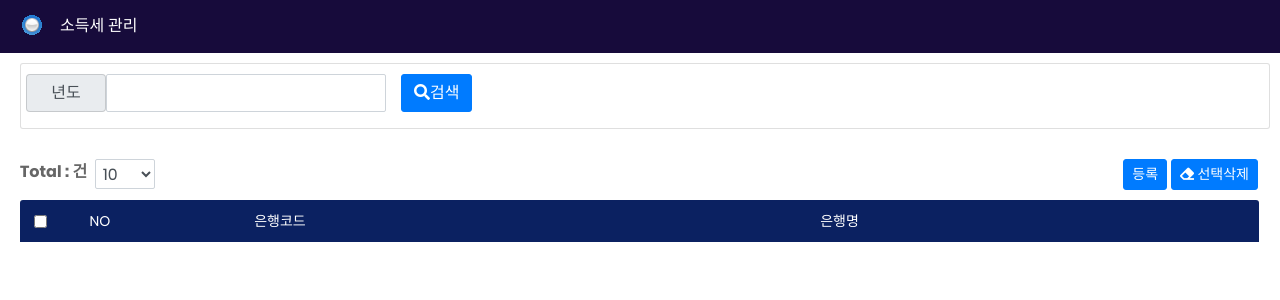
Repository: kimnamgu/GangNamGu
Page: http://localhost/manpower/WEB-INF/jsp/manage/income.jsp
These files come from the project's save history. The page is drawn as it stood at one moment and after the next save; the edit follows.
The browser window is 1280 px wide. The pictures show the whole page.
The page is served by Tomcat 9. Nobody is signed in. Other server files are loaded and not shown. The template is opened directly, without the code that normally fills it, so the values that code supplies are empty.

Above is the page before, as saved 2020-11-04 04:07:40.
Console error: TypeError: Cannot read properties of undefined (reading 'replace')

### manpower/src/main/webapp/WEB-INF/jsp/manage/income.jsp
<%@ page language="java" contentType="text/html; charset=UTF-8"	pageEncoding="UTF-8"%>
<html>
<head>
<%@ include file="/WEB-INF/include/include-header.jspf"%>


<script type="text/javascript">
	var user_right = "${sessionScope.userinfo.userright}";

	$(document).ready(function() {

		//from
		$("#FROM_DATE").datepicker({

			dateFormat: 'yy-mm-dd',
			monthNamesShort: ['1월','2월','3월','4월','5월','6월','7월','8월','9월','10월','11월','12월'],
		    dayNamesMin: ['일','월','화','수','목','금','토'],
			changeMonth: true, //월변경가능
		    changeYear: true, //년변경가능
			showMonthAfterYear: true //년 뒤에 월 표시
		});

		//to
		$("#TO_DATE").datepicker({

			dateFormat: 'yy-mm-dd',
			monthNamesShort: ['1월','2월','3월','4월','5월','6월','7월','8월','9월','10월','11월','12월'],
		    dayNamesMin: ['일','월','화','수','목','금','토'],
			changeMonth: true, //월변경가능
		    changeYear: true, //년변경가능
			showMonthAfterYear: true //년 뒤에 월 표시
		});

		//검색초기화
		fn_initial_setting();

		fn_selectDomesticContactList(1);

		$("#NAME").keydown(function (key) {

			if(key.keyCode == 13){//키가 13이면 실행 (엔터는 13)
				$("#PAGE_INDEX").val("1");
				fn_selectDomesticContactList(1);
			}
		});

		$("#search").on("click", function(e){ //검색 버튼
			e.preventDefault();
			fn_selectDomesticContactList(1);
		});

		$("#DISP_CNT").change(function(){
			$("#RECORD_COUNT").val($("#DISP_CNT option:selected").val());
			fn_selectDomesticContactList(1);
		});

		$("#initial").on("click", function(e){ //초기화 버튼
			e.preventDefault();
			$("#form1").each(function() {
				fn_initial_setting();
		    });
		});

		//전체 선택시
		$('input[name=_selected_all_]').on('change', function(){
			$('input[name=_selected_]').prop('checked', this.checked);
		});


		$("#delete").on("click", function(e){ //초기화 버튼
			e.preventDefault();
			delChkRow();
		});


	});

	function fromDate_icon(){
		//from
		$("#FROM_DATE").focus();

	}

	function toDate_icon(){
		//to
		$("#TO_DATE").focus();
	}


	//선택 로우 삭제
    function delChkRow() {

    	var arr = $('input[name=_selected_]:checked').serializeArray().map(function(item) { return item.value });

		var checkedValue = [];
		$('input[name=_selected_]:checked').each(function(index, item){
			checkedValue.push($(item).val());
		});


		if (arr.length ==0 ) {
			alert("선택된 로우가 없습니다.");
			return false;
		}

		if (confirm("선택 항목을 삭제 하시겠습니까?")) {

			//견적서 파일 삭제

			$.ajax({
		        type: "post",
		        url : "/corona/manage/deleteDomesticChk.do",
		        data: {
		        	val:checkedValue
		        },
		        contentType : "application/x-www-form-urlencoded; charset=utf-8",

		        success:function (data) {//추천성공
		        	alert("삭제가 완료되었습니다.");
		        	fn_selectDomesticContactList(1);
	            },

		        error: function (data) {//추천실패
		        	alert("삭제가 실패 하였습니다.관리자에게 문의 바랍니다.");
	            }
	     	});

		}
	}

	//수정화면가기
	function fn_updateDomestic(UID) {
		var comSubmit = new ComSubmit();

		comSubmit.setUrl("<c:url value='/write/updateDomesticView.do' />");
		comSubmit.addParam("ID", UID);
		comSubmit.submit();
	}


	//검색초기화
	function fn_initial_setting(){
		//From의 초기값을 오늘 날짜로 설정
	    $('#FROM_DATE').datepicker('setDate', '-1M'); //(-1D:하루전, -1M:한달전, -1Y:일년전), (+1D:하루후, -1M:한달후, -1Y:일년후)
	    //To의 초기값을 내일로 설정
	    $('#TO_DATE').datepicker('setDate', 'today'); //(-1D:하루전, -1M:한달전, -1Y:일년전), (+1D:하루후, -1M:한달후, -1Y:일년후)

	    $("#RECORD_COUNT").val($("#DISP_CNT option:selected").val());
		$("#PAGE_INDEX").val("1");

		$("#NAME").val("");
	}


	function fn_selectDomesticContactList(pageNo){
		var comAjax = new ComAjax();
		comAjax.setUrl("<c:url value='/manage/selectDomesticContactList.do' />");
		comAjax.addParam("PAGE_INDEX",pageNo);
		comAjax.addParam("PAGE_ROW", $("#RECORD_COUNT").val());
		comAjax.addParam("name", $("#NAME").val());

		comAjax.addParam("from_date", $("#FROM_DATE").val().replace(/-/gi, ""));
		comAjax.addParam("to_date", $("#TO_DATE").val().replace(/-/gi, ""));
		comAjax.setCallback("fn_selectDomesticContactListCallback");

		comAjax.ajax();
	}


	function fn_selectDomesticContactListCallback(data){
		var total = data.total;
		var body = $("#mytable");
		var recordcnt = $("#RECORD_COUNT").val();


		$("#tcnt").text(comma(total));

		body.empty();
		if(total == 0){
			var str = "<tr>" +
				  "<td colspan='32' style='text-align:center;'>조회된 결과가 없습니다.</td>" +
				  "</tr>";
			body.append(str);
		}
		else{
			var params = {
				divId : "PAGE_NAVI",
				pageIndex : "PAGE_INDEX",
				totalCount : total,
				recordCount : recordcnt,
				eventName : "fn_selectDomesticContactList"
			};
			gfn_renderPaging(params);

			var str = "";
			var t_str = "";
			var tr_class = "";
			var jsonData = null;
			var jsonStr = null;

			$.each(data.list, function(key, value){
				       t_str = "";

				       if ((value.RNUM % 2) == 0 )
							tr_class = "tr1";
					   else
							tr_class = "tr2";


				       str += "<tr class='" + tr_class + "'>" +
				       			   "<td><input type='checkbox' name='_selected_' value='"+value.ID+"'></td>" +
								   "<td align='center' style='color:#444444;'>" + value.RNUM + "</td>" +
								   "<td width=90 align='center' style='color:#444444;word-break:break-all;'><span class='status--denied'>" + formatDate(NvlStr(value.WRITE_DATE), ".") + "</span></td>" +
								   "<td align='center' style='color:#444444;'>" + hp_format(NvlStr(value.CELL_NUM)) + "</td>" +
								   "<td align='center' style='color:blue;'>" +
								   "	<a href='javascript:void(0);' onclick='fn_updateDomestic("+ value.ID +")' name='NAME'>" + NvlStr(value.NAME) + "</a>"+
								   "</td>" +
								   "<td align='center' style='color:#444444;'>" + NvlStr(value.SEX) + "</td>" +
								   "<td align='center' style='color:#444444;'>" + NvlStr(value.BIRTH) + "</td>" +
								   "<td align='center' style='color:#444444;'>" + NvlStr(value.JOB) + "</td>" +
								   "<td align='center' style='color:#444444;'>" + NvlStr(value.SELF_ISO_AREA_DONG) + "</td>" +
								   "<td align='center' style='color:#444444;'>" + NvlStr(value.SELF_ISO_AREA_ADDRESS) + "</td>" +
								   "<td align='center' style='color:#444444;'>" + NvlStr(value.SELF_ISO_AREA_ADDRESS_DTL) + "</td>" +
								   "<td align='center' style='color:#444444;'>" + NvlStr(value.PATIENT_NUM) + "</td>" +
								   "<td align='center' style='color:#444444;'>" + NvlStr(value.PATIENT_NAME) + "</td>" +
								   "<td align='center' style='color:#444444;'>" + NvlStr(value.CONTACT_NUM) + "</td>" +
								   "<td align='center' style='color:#444444;'>" + NvlStr(value.CONTACT_NAME) + "</td>" +
								   "<td align='center' style='color:#444444;'>" + NvlStr(value.FINAL_CONTACT) + "</td>" +
								   "<td align='center' style='color:#444444;'>" + NvlStr(value.MONITOR_START) + "</td>" +
								   "<td align='center' style='color:#444444;'>" + NvlStr(value.MONITOR_END) + "</td>" +
								   "<td align='center' style='color:#444444;'>" + NvlStr(value.CONTACT_ADDRESS) + "</td>" +
								   "<td align='center' style='color:#444444;'>" + NvlStr(value.CONTACT_TYPE) + "</td>" +
								   "<td align='center' style='color:#444444;'>" + NvlStr(value.CONTACT_GUBUN) + "</td>" +
								   "<td align='center' style='color:#444444;'>" + NvlStr(value.PATIENT_YN) + "</td>" +
								   "<td align='center' style='color:#444444;'>" + NvlStr(value.BALGUB_YN) + "</td>" +
								   "<td align='center' style='color:#444444;'>" + NvlStr(value.DAMDANG_DEPART) + "</td>" +
								   "<td align='center' style='color:#444444;'>" + NvlStr(value.DAMDANG_CLASS) + "</td>" +
								   "<td align='center' style='color:#444444;'>" + NvlStr(value.DAMDANG_POSITION) + "</td>" +
								   "<td align='center' style='color:#444444;'>" + NvlStr(value.DAMDANG_NAME) + "</td>" +
								   "<td align='center' style='color:#444444;'>" + NvlStr(value.DAMDANG_CALL) + "</td>" +
							   "</tr>";

			});
			body.append(str);
		}
	}


	//엑셀 업로드
	function check() {
		var file = $("#excelFile").val();

		if (file == "" || file == null) {
			alert("파일을 선택해주세요.");
			return false;
		} else if (!checkFileType(file)) {
			alert("엑셀 파일만 업로드 가능합니다.");
			return false;
		}

		if (confirm("업로드시 병합된 셀이 있으면 해제해 주셔야 합니다.\n업로드 하시겠습니까?")) {

			var options = {
				success : function(data) {
					if(data.resultMap.rtn == 1){
						alert("모든 데이터가 업로드 되었습니다.");
						fn_selectDomesticContactList(1);
					}else{
						alert(data.resultMap.err_msg+"\n\n" + data.resultMap.err_msg_dtl);
					}

				},
				type : "POST"
			};

			$("#excelUploadForm").ajaxSubmit(options);

		}
	}

	//엑셀 형식인지 확인
	function checkFileType(filePath) {
		var fileFormat = filePath.split(".");

		if (fileFormat.indexOf("xls") > -1 || fileFormat.indexOf("xlsx") > -1) {
			return true;
		} else {
			return false;
		}
	}

	//샘플다운로드
	function fn_sampleDownload(gubun){
		var comSubmit = new ComSubmit();
		comSubmit.setUrl("<c:url value='/common/downloadSampleFile.do' />");
		comSubmit.addParam("gubun", gubun);
		comSubmit.submit();
	}

	//엑셀 다운로드
	function doExcelDownloadProcess(mappingValue){
		alert("다운로드 되는 엑셀은 조회조건에 영향을 받습니다.");

		$("input[name=name]", "form[name=excelDown]").val($("#NAME").val());
		$("input[name=from_date]", "form[name=excelDown]").val($("#FROM_DATE").val().replace(/-/gi, ""));
		$("input[name=to_date]", "form[name=excelDown]").val($("#TO_DATE").val().replace(/-/gi, ""));

	    var f = document.excelDown;
	    f.action = mappingValue;
	    f.submit();
	}
</script>
</head>

<body>

<form id="form1" name="form1">
<input type="hidden" id="USER_ID" name="USER_ID" value="${sessionScope.userinfo.userId}">
<c:set var="u_rt" value="${sessionScope.userinfo.userright}"/>


<div style="background-color:#170B3B;color:white; margin-bottom:10px; width: 100%;">
	<a href="#this" class="btn" id="logout">
		<img src="/manpower/images/popup_title.gif" align="absmiddle">
	</a>소득세 관리
</div>



<div style="width:100%;padding-left:20px;padding-right:10px;">
	<div class="card" style="width:100%;display: inline-block;padding-top:10px;">
		<form action="" method="post">
			<div class="card-body card-block">
				<div>
					<div class="form-group" style="width: 360;float:left;margin-left:5px;">
						<div class="input-group">
							<div class="input-group-addon" style="width: 80px;">년도</div>
							<input type="text" id="NAME" name="NAME" value="" class="form-control">
						</div>
					</div>
				</div>
			</div>
			<div class="form-actions form-group">
				<div style="float: left;margin-left:15px;">
					<a href="#this" class="btn btn-primary" id="search"><i class="fa fa-search"></i>검색</a>
				</div>
			</div>
		</form>
	</div>
</div>

	<div style="float: left;margin-left:20px;">
		<div style="float: left;">
			<b>Total : <span id="tcnt"></span> 건</b> &nbsp;
		</div>
		<div style="float: left;">
			<select id="DISP_CNT" name="DISP_CNT" class="form-control" style="width:60px!important;height:30px;padding:3px;">
	           	<option value="10">10</option>
	           	<option value="20">20</option>
				<option value="50">50</option>
			</select>
		</div>
	</div>

</form>

<div class="contents" style="float:right;margin-right:22px;margin-bottom:10px;">
	<a href="/corona/write/domesticWrite.do" class="btn btn-primary btn-sm" id="insert">등록</a>
	<a href="#this" class="btn btn-primary btn-sm" id="delete"><i class="fa fa-eraser"></i> 선택삭제</a>
</div>
<div align="left" style="width:100%;padding-right:20px;">
	<div  style="margin-left:20px;" align="center">
		<div class="table-responsive m-b-40">
			 <table class="table table-borderless table-data3" id="selectable">
			     <thead style="background-color:#0B2161;">
			        <tr align="center">
			        		<th style="width: 40px;"><input type="checkbox" name="_selected_all_"></th>
							<th style="width: 80px;">NO</th>
							<th style="width: 280px;">은행코드</th>
							<th>은행명</th>
						</tr>
			      </thead>
			      <tbody id='mytable'>
			      </tbody>
		      </table>
	      </div>
	</div>

	<div id="PAGE_NAVI" align='center'></div>
	<input type="hidden" id="PAGE_INDEX" name="PAGE_INDEX"/>
	<input type="hidden" id="RECORD_COUNT" name="RECORD_COUNT" value="20"/>

</div>

	<%@ include file="/WEB-INF/include/include-body.jspf" %>




</body>
</html>

### manpower/src/main/webapp/WEB-INF/include/include-header.jspf
<%@ taglib prefix="c" uri="http://java.sun.com/jsp/jstl/core" %>
<%@ taglib prefix="fn" uri="http://java.sun.com/jsp/jstl/functions" %>
<%@ taglib prefix="fmt" uri="http://java.sun.com/jsp/jstl/fmt" %>
<!--
<link rel="stylesheet" type="text/css" href="/manpower/css/common.css" />
<link rel="stylesheet" type="text/css" href="/manpower/css/skin01.css" />
<link rel="stylesheet" type="text/css" href="/manpower/css/import.css" />
<link rel="stylesheet" type="text/css" href="/manpower/css/manpower.css" />
 -->



<!-- Fontfaces CSS-->
<link href="/manpower/bootstrap/css/font-face.css" rel="stylesheet" media="all">
<link href="/manpower/bootstrap/vendor/font-awesome-4.7/css/font-awesome.min.css" rel="stylesheet" media="all">
<link href="/manpower/bootstrap/vendor/font-awesome-5/css/fontawesome-all.min.css" rel="stylesheet" media="all">
<link href="/manpower/bootstrap/vendor/mdi-font/css/material-design-iconic-font.min.css" rel="stylesheet" media="all">

<!-- Bootstrap CSS-->
<link href="/manpower/bootstrap/vendor/bootstrap-4.1/bootstrap.min.css" rel="stylesheet" media="all">

<!-- Vendor CSS-->
<link href="/manpower/bootstrap/vendor/animsition/animsition.min.css" rel="stylesheet" media="all">
<link href="/manpower/bootstrap/vendor/bootstrap-progressbar/bootstrap-progressbar-3.3.4.min.css" rel="stylesheet" media="all">
<link href="/manpower/bootstrap/vendor/wow/animate.css" rel="stylesheet" media="all">
<link href="/manpower/bootstrap/vendor/css-hamburgers/hamburgers.min.css" rel="stylesheet" media="all">
<link href="/manpower/bootstrap/vendor/slick/slick.css" rel="stylesheet" media="all">
<link href="/manpower/bootstrap/vendor/select2/select2.min.css" rel="stylesheet" media="all">
<link href="/manpower/bootstrap/vendor/perfect-scrollbar/perfect-scrollbar.css" rel="stylesheet" media="all">

<!-- Main CSS-->
<link href="/manpower/bootstrap/css/theme.css" rel="stylesheet" media="all">




<!-- Jquery JS-->
<script src="/manpower/bootstrap/vendor/jquery-3.2.1.min.js"></script>
<!-- Bootstrap JS-->
<script src="/manpower/bootstrap/vendor/bootstrap-4.1/popper.min.js"></script>
<script src="/manpower/bootstrap/vendor/bootstrap-4.1/bootstrap.min.js"></script>
<!-- Vendor JS       -->
<script src="/manpower/bootstrap/vendor/slick/slick.min.js">
</script>
<script src="/manpower/bootstrap/vendor/wow/wow.min.js"></script>
<script src="/manpower/bootstrap/vendor/animsition/animsition.min.js"></script>
<script src="/manpower/bootstrap/vendor/bootstrap-progressbar/bootstrap-progressbar.min.js">
</script>
<script src="/manpower/bootstrap/vendor/counter-up/jquery.waypoints.min.js"></script>
<script src="/manpower/bootstrap/vendor/counter-up/jquery.counterup.min.js">
</script>
<script src="/manpower/bootstrap/vendor/circle-progress/circle-progress.min.js"></script>
<script src="/manpower/bootstrap/vendor/perfect-scrollbar/perfect-scrollbar.js"></script>
<script src="/manpower/bootstrap/vendor/chartjs/Chart.bundle.min.js"></script>
<script src="/manpower/bootstrap/vendor/select2/select2.min.js">
</script>

<!-- Main JS-->
<script src="/manpower/bootstrap/js/main.js"></script>

<!-- jQuery -->
<link rel="stylesheet" type="text/css" href="/manpower/css/jquery-ui.css" />
<!-- <script src="http://code.jquery.com/jquery.min.js"></script>-->
<script type="text/javascript" src="<c:url value='/js/jquery.min.js'/>"></script>
<script type="text/javascript" src="<c:url value='/js/jquery-ui.js'/>"></script>
<script type="text/javascript" src="<c:url value='/js/jquery.cookie.js'/>"></script>
<script type="text/javascript" src="<c:url value='/js/jquery.form.js'/>"></script>
<script src="<c:url value='/js/common.js'/>" charset="utf-8"></script>

### manpower/src/main/webapp/WEB-INF/include/include-body.jspf
<%@ page pageEncoding="utf-8"%>
<form id="commonForm" name="commonForm"></form>

Loaded but not shown: manpower/src/main/webapp/bootstrap/css/theme.css (library); manpower/src/main/webapp/css/jquery-ui.css (library); manpower/src/main/webapp/js/jquery.min.js (library); manpower/src/main/webapp/js/jquery-ui.js (library); manpower/src/main/webapp/js/jquery.cookie.js (library); manpower/src/main/webapp/js/jquery.form.js (library); manpower/src/main/webapp/bootstrap/js/main.js (1670 lines, source omitted); manpower/src/main/webapp/js/common.js (515 lines, source omitted); manpower/src/main/webapp/bootstrap/css/font-face.css (234 lines, source omitted)

After the next save:
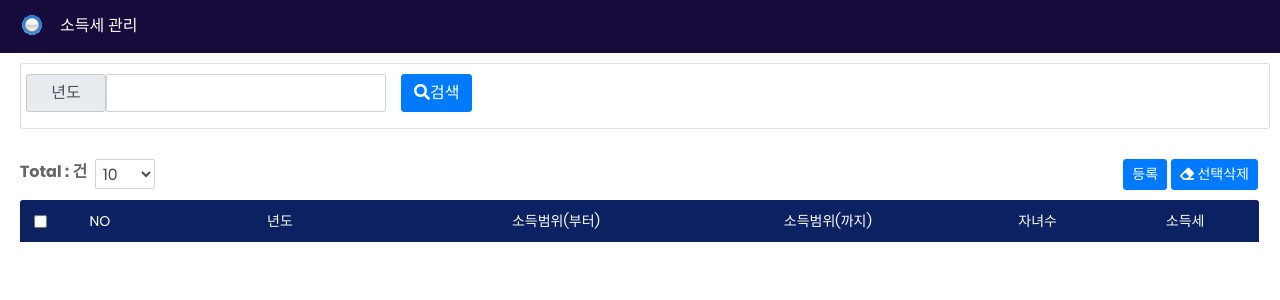
Saved 3 min 29 s later.
--- a/manpower/src/main/webapp/WEB-INF/jsp/manage/income.jsp
+++ b/manpower/src/main/webapp/WEB-INF/jsp/manage/income.jsp
@@ -376,8 +376,11 @@
 			        <tr align="center">
 			        		<th style="width: 40px;"><input type="checkbox" name="_selected_all_"></th>
 							<th style="width: 80px;">NO</th>
-							<th style="width: 280px;">은행코드</th>
-							<th>은행명</th>
+							<th style="width: 280px;">년도</th>
+							<th>소득범위(부터)</th>
+							<th>소득범위(까지)</th>
+							<th>자녀수</th>
+							<th>소득세</th>
 						</tr>
 			      </thead>
 			      <tbody id='mytable'>
